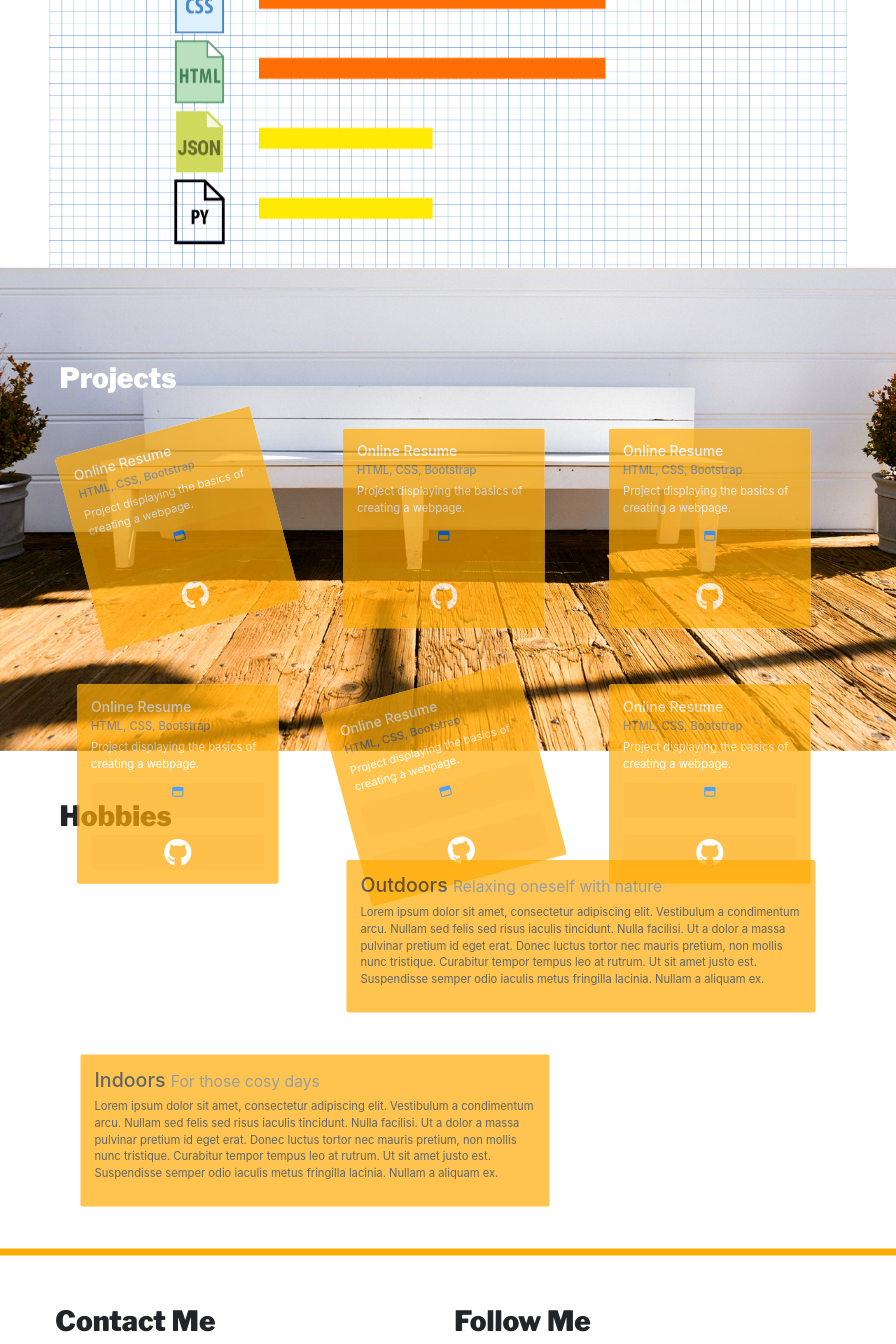
Repository: muhdarifrawi/resume-project
Page: index.html
The author's editor kept a record of every edit. The page is drawn from the files as they stood at one moment, then again after the next edit.
The browser window is 1280 px wide. The pictures show the part of the page from y = 1151 to 3071 px (the page is 3765 px tall), at 70% of full size.
Some web libraries are served in a nearby version.

Above is the page before.

After the next edit:
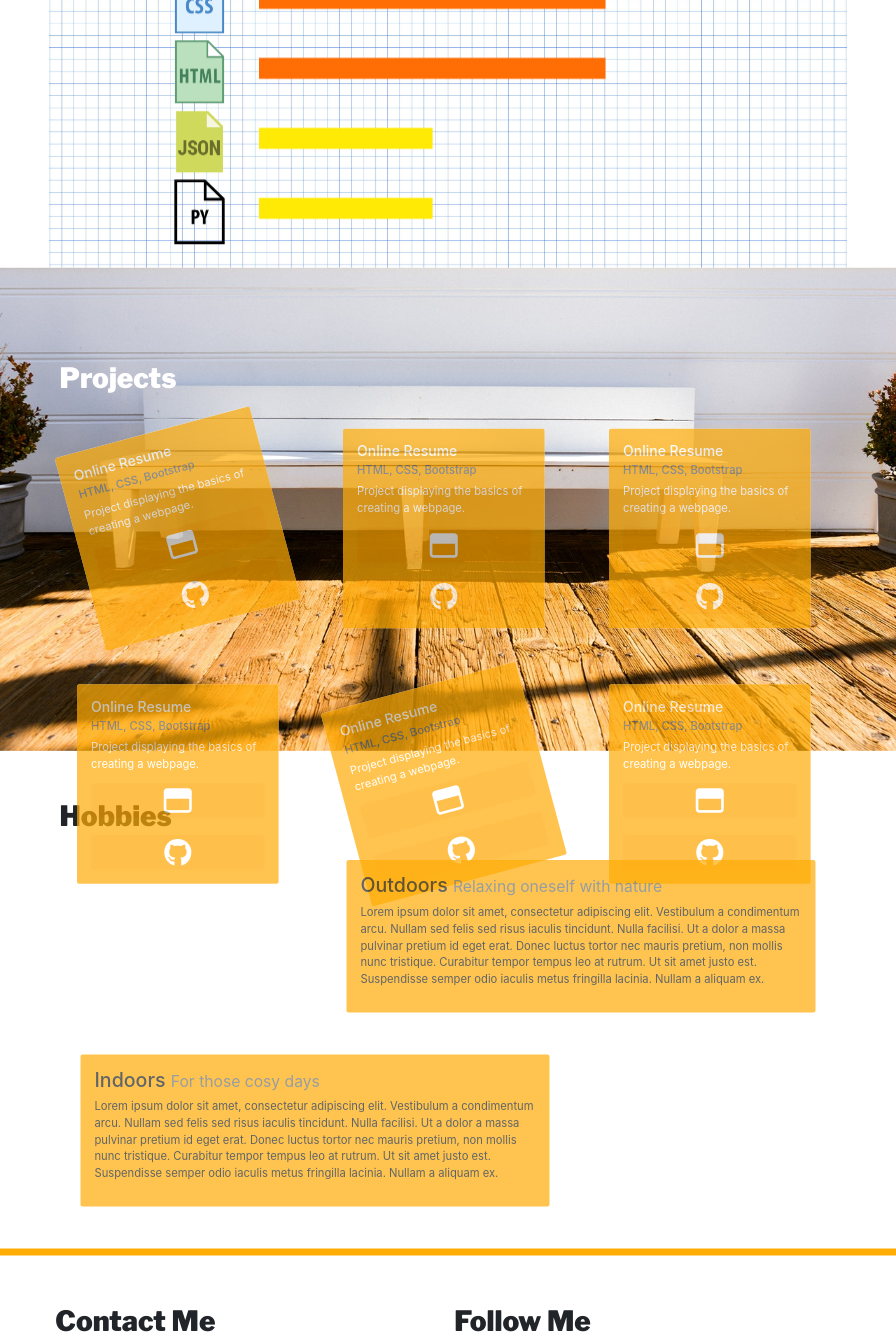
The edit:
--- a/style.css
+++ b/style.css
@@ -159,6 +159,12 @@
     color:white;
 }
 
+.fa-window-maximize{
+    padding-top:5px;
+    font-size:40px;
+    color:white;
+}
+
 .follow{
     margin-top:50px;
 }
